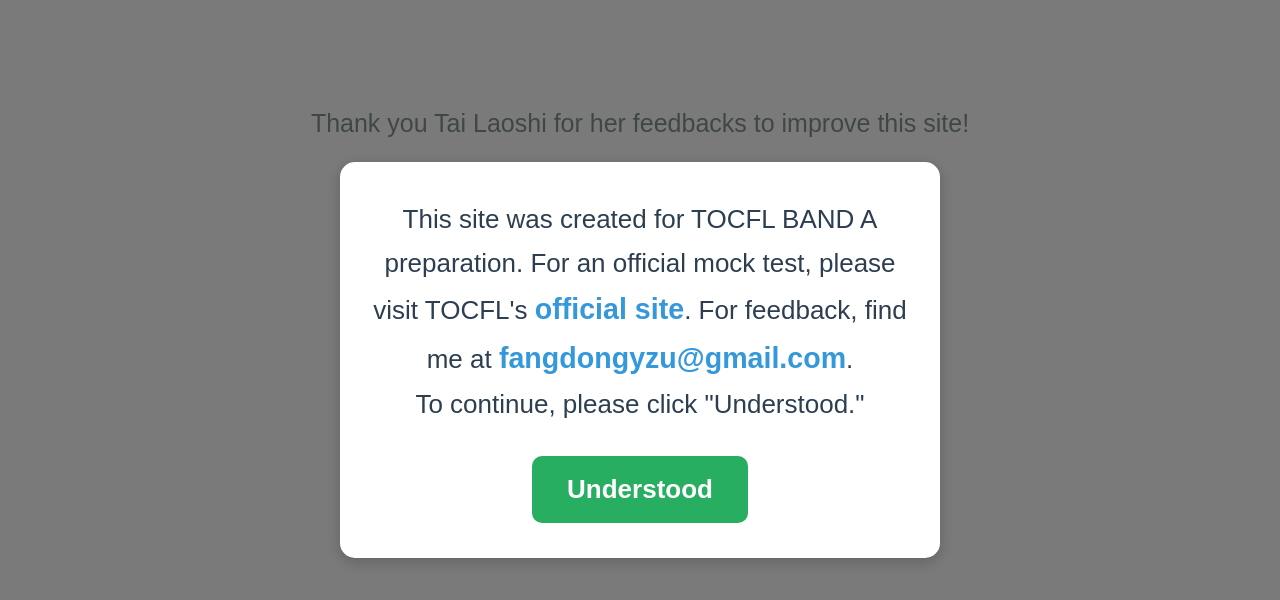
Repository: fangdongyzu/tocflmock
Page: index.html
These files come from the project's save history. The page is drawn as it stood at one moment and after the next save; the edit follows.
The browser window is 1280 px wide. The pictures show the whole page.

Above is the page before, as saved 2025-12-23 16:56:42.

### index.html
<!DOCTYPE html>
<html lang="en">
<head>
<meta charset="UTF-8">
<meta name="viewport" content="width=device-width, initial-scale=1.0">
<title>TOCFL MOCK BAND A PRACTICE</title>
<link rel="stylesheet" href="styles.css">
</head>
<body>

<div class="container">
    <!-- Modal -->
    <div id="modal">
        <div id="modalContent">
            <p>
                This site was created for TOCFL BAND A preparation. For an official mock test, please visit TOCFL's
                <a href="https://cbt.sc-top.org.tw/sctopj/" target="_blank">official site</a>. For feedback, find me at <a href="mailto:fangdongyzu@gmail.com">fangdongyzu@gmail.com</a>.<br>To continue, please click "Understood."
            </p>
            <button id="understoodBtn">Understood</button>
        </div>
    </div>

    <!-- Main Page -->
    <div id="mainPage">
        <header>
            <h1>TOCFL MOCK BAND A PRACTICE</h1>
            <p>Select a mock test to begin your practice</p>
        </header>

        <div class="mock-selection">
            <div class="mock" data-mock="5" data-reading="https://fangdongyzu.github.io/tocfl-mock5-reading/" data-listening="https://fangdongyzu.github.io/tocfl-mock5-listening/">
                <strong>MOCK 5</strong>
            </div>

            <div class="mock" data-mock="4" data-reading="https://fangdongyzu.github.io/tocfl-mock4-reading/" data-listening="https://fangdongyzu.github.io/tocfl-mock4-listening/">
                <strong>MOCK 4</strong>
            </div>

            <div class="mock" data-mock="3" data-reading="https://fangdongyzu.github.io/tocfl-mock3-reading/" data-listening="https://fangdongyzu.github.io/tocfl-mock3-listening/">
                <strong>MOCK 3</strong>
            </div>

            <div class="mock" data-mock="2" data-reading="https://fangdongyzu.github.io/tocfl-mock2-reading/" data-listening="https://fangdongyzu.github.io/tocfl-mock2-listening/">
                <strong>MOCK 2</strong>
            </div>

            <div class="mock" data-mock="1" data-reading="https://fangdongyzu.github.io/tocfl-mock1-reading/" data-listening="https://fangdongyzu.github.io/tocfl-mock1-listening/">
                <strong>MOCK 1</strong>
            </div>
        </div>
    </div>

    <!-- Choice Popup -->
    <div id="choicePopup">
        <p id="popupTitle"></p>
        <div class="buttons">
            <a id="readingBtn" target="_self"><button>Reading</button></a>
            <a id="listeningBtn" target="_self"><button>Listening</button></a>
        </div>
        <button id="closePopup">Exit</button>
    </div>
</div>

<script>
document.addEventListener('DOMContentLoaded', () => {
    const modal = document.getElementById('modal');
    const understoodBtn = document.getElementById('understoodBtn');
    const mainPage = document.getElementById('mainPage');
    const choicePopup = document.getElementById('choicePopup');
    const popupTitle = document.getElementById('popupTitle');
    const readingBtn = document.getElementById('readingBtn');
    const listeningBtn = document.getElementById('listeningBtn');
    const closePopup = document.getElementById('closePopup');

    // Show modal only once per session
    if (sessionStorage.getItem('tocflModalShown') === 'true') {
        modal.style.display = 'none';
        mainPage.style.display = 'block';
    } else {
        modal.style.display = 'flex';
        mainPage.style.display = 'none';
    }

    // Modal button
    understoodBtn.addEventListener('click', () => {
        modal.style.display = 'none';
        mainPage.style.display = 'block';
        sessionStorage.setItem('tocflModalShown', 'true');
    });

    // MOCK click to open popup
    document.querySelectorAll('.mock').forEach(mock => {
        mock.addEventListener('click', () => {
            const mockNumber = mock.dataset.mock;
            const readingLink = mock.dataset.reading;
            const listeningLink = mock.dataset.listening;

            popupTitle.textContent = `MOCK ${mockNumber}`;

            if (readingLink) {
                readingBtn.href = readingLink;
                readingBtn.style.display = 'inline-block';
            } else {
                readingBtn.style.display = 'none';
            }

            if (listeningLink) {
                listeningBtn.href = listeningLink;
                listeningBtn.style.display = 'inline-block';
            } else {
                listeningBtn.style.display = 'none';
            }

            choicePopup.style.display = 'flex';
        });
    });

    // Close popup
    closePopup.addEventListener('click', () => {
        choicePopup.style.display = 'none';
    });
});
</script>

</body>
<footer>
    <p>Thank you Tai Laoshi for her feedbacks to improve this site!</p>
</footer>
</html>

### styles.css
* {
    margin: 0;
    padding: 0;
    box-sizing: border-box;
}

body {
    font-family: 'Microsoft JhengHei', '微軟正黑體', Arial, sans-serif;
    line-height: 1.6;
    color: #333;
    background-color: #f5f5f5;
    font-size: 20px; /* Increased base font size */
    min-height: 100vh;
}

.container {
    max-width: 850px;
    margin: 0 auto;
    padding: 20px;
}

/* Modal */
#modal {
    position: fixed;
    top: 0;
    left: 0;
    width: 100%;
    height: 100%;
    background: rgba(0, 0, 0, 0.5);
    display: flex;
    justify-content: center;
    align-items: center;
    z-index: 1000;
    padding: 15px;
}

#modalContent {
    background: white;
    padding: 35px 30px; /* Increased padding */
    border-radius: 15px; /* Larger border radius */
    box-shadow: 0 4px 15px rgba(0,0,0,0.2); /* Enhanced shadow */
    max-width: 600px; /* Slightly wider */
    width: 100%;
    text-align: center;
    line-height: 1.7; /* Improved line height */
}

#modalContent p {
    margin-bottom: 30px;
    color: #2c3e50;
    font-size: 1.3em; /* Larger modal text */
    font-weight: 500; /* Slightly bolder */
}

#modalContent a {
    color: #3498db;
    text-decoration: none;
    font-weight: bold;
    font-size: 1.1em; /* Larger link text */
}

#modalContent a:hover {
    text-decoration: underline;
}

#modalContent button {
    padding: 18px 35px; /* Larger button */
    background: #27ae60;
    color: white;
    border: none;
    border-radius: 10px; /* Larger border radius */
    cursor: pointer;
    font-size: 1.3em; /* Larger button text */
    font-weight: bold;
    transition: background 0.3s;
    min-width: 180px; /* Wider button */
    min-height: 60px; /* Taller button */
}

#modalContent button:hover {
    background: #229954;
    transform: translateY(-2px); /* Added hover effect */
    box-shadow: 0 4px 8px rgba(0,0,0,0.2);
}

/* Main Page */
#mainPage {
    display: none;
    text-align: center;
    padding: 20px;
}

header {
    text-align: center;
    margin-bottom: 35px; /* Increased spacing */
    background: white;
    padding: 30px 25px; /* Increased padding */
    border-radius: 15px; /* Larger border radius */
    box-shadow: 0 4px 15px rgba(0,0,0,0.1); /* Enhanced shadow */
}

header h1 {
    color: #2c3e50;
    margin-bottom: 20px; /* Increased spacing */
    font-size: 2.5em; /* Larger heading */
    font-weight: 700; /* Bolder */
    line-height: 1.3; /* Better line height */
}

header p {
    color: #7f8c8d;
    font-size: 1.4em; /* Larger subtitle */
    font-weight: 500;
}

/* Mock Selection Styling */
.mock-selection {
    background: white;
    padding: 35px 30px; /* Increased padding */
    border-radius: 15px; /* Larger border radius */
    box-shadow: 0 4px 15px rgba(0,0,0,0.1); /* Enhanced shadow */
    margin-bottom: 25px; /* Increased spacing */
}

.mock {
    margin: 25px 0; /* Increased spacing */
    padding: 25px 20px; /* Increased padding */
    background: #f8f9fa;
    border: 3px solid #e9ecef; /* Thicker border */
    border-radius: 12px; /* Larger border radius */
    cursor: pointer;
    transition: all 0.3s;
    font-size: 1.4em; /* Larger text */
    min-height: 85px; /* Taller items */
    display: flex;
    align-items: center;
    justify-content: center;
    text-align: center;
}

.mock:hover {
    background: #e9ecef;
    border-color: #3498db;
    transform: translateY(-3px); /* Enhanced hover effect */
    box-shadow: 0 6px 12px rgba(0,0,0,0.15);
}

.mock strong {
    color: #2c3e50;
    font-size: 1.6em; /* Larger mock text */
    font-weight: 600;
    line-height: 1.4;
}

/* Choice Popup */
#choicePopup {
    position: fixed;
    top: 50%;
    left: 50%;
    transform: translate(-50%, -50%);
    background: white;
    padding: 35px 30px; /* Increased padding */
    border-radius: 15px; /* Larger border radius */
    box-shadow: 0 4px 20px rgba(0,0,0,0.2); /* Enhanced shadow */
    display: none;
    flex-direction: column;
    align-items: center;
    z-index: 2000;
    max-width: 550px; /* Slightly wider */
    width: 95%; /* More responsive width */
}

#popupTitle {
    font-size: 2em; /* Larger title */
    color: #2c3e50;
    margin-bottom: 30px; /* Increased spacing */
    text-align: center;
    font-weight: 700;
    line-height: 1.3;
}

#choicePopup .buttons {
    display: flex;
    gap: 25px; /* Increased gap */
    margin-bottom: 30px; /* Increased spacing */
    width: 100%;
    justify-content: center;
    flex-wrap: wrap; /* Allow wrapping on small screens */
}

#choicePopup .buttons a {
    text-decoration: none;
    flex: 1;
    min-width: 160px; /* Minimum width for buttons */
    max-width: 200px; /* Maximum width */
}

#choicePopup .buttons button {
    width: 100%;
    padding: 20px 25px; /* Larger padding */
    background: #3498db;
    color: white;
    border: none;
    border-radius: 12px; /* Larger border radius */
    cursor: pointer;
    font-size: 1.3em; /* Larger text */
    font-weight: bold;
    transition: all 0.3s;
    min-height: 70px; /* Taller buttons */
    line-height: 1.4;
}

#choicePopup .buttons button:hover {
    background: #2980b9;
    transform: translateY(-2px);
    box-shadow: 0 4px 8px rgba(0,0,0,0.2);
}

#choicePopup #closePopup {
    padding: 18px 30px; /* Larger padding */
    background: #e74c3c;
    color: white;
    border: none;
    border-radius: 12px; /* Larger border radius */
    cursor: pointer;
    font-size: 1.2em; /* Larger text */
    font-weight: bold;
    transition: all 0.3s;
    min-width: 140px; /* Wider button */
    min-height: 60px; /* Taller button */
    margin-top: 10px;
}

#choicePopup #closePopup:hover {
    background: #c0392b;
    transform: translateY(-2px);
    box-shadow: 0 4px 8px rgba(0,0,0,0.2);
}

/* Enhanced Responsive Design for Mobile */
@media (max-width: 768px) {
    body {
        font-size: 18px; /* Larger base font size for tablets */
    }

    .container {
        padding: 15px;
        max-width: 100%;
    }

    #modal {
        padding: 10px;
    }

    #modalContent {
        padding: 30px 25px;
        margin: 10px;
    }

    #modalContent p {
        font-size: 1.2em; /* Adjusted for mobile */
        line-height: 1.6;
    }

    #modalContent button {
        padding: 16px 30px;
        font-size: 1.2em;
        min-width: 160px;
        min-height: 55px;
    }

    header {
        padding: 25px 20px;
        margin-bottom: 25px;
        border-radius: 12px;
    }

    header h1 {
        font-size: 2em; /* Adjusted for mobile */
        margin-bottom: 15px;
        line-height: 1.3;
    }

    header p {
        font-size: 1.2em;
    }

    .mock-selection {
        padding: 25px 20px;
        border-radius: 12px;
    }

    .mock {
        padding: 22px 18px;
        font-size: 1.2em;
        min-height: 75px;
        margin: 20px 0;
        border-radius: 10px;
        border-width: 2px;
    }

    .mock strong {
        font-size: 1.4em;
    }

    #choicePopup {
        padding: 30px 25px;
        border-radius: 12px;
        width: 90%;
    }

    #popupTitle {
        font-size: 1.7em;
        margin-bottom: 25px;
    }

    #choicePopup .buttons {
        flex-direction: column;
        gap: 20px;
        width: 100%;
    }

    #choicePopup .buttons a {
        min-width: 100%;
        max-width: 100%;
    }

    #choicePopup .buttons button {
        min-height: 65px;
        font-size: 1.2em;
        padding: 18px 20px;
    }

    #choicePopup #closePopup {
        min-width: 100%;
        font-size: 1.1em;
        padding: 16px 25px;
        min-height: 55px;
    }
}

@media (max-width: 480px) {
    body {
        font-size: 16px; /* Base size for small mobile */
    }

    .container {
        padding: 10px;
    }

    header {
        padding: 20px 15px;
        border-radius: 10px;
    }

    header h1 {
        font-size: 1.8em; /* Larger for small screens */
        line-height: 1.3;
    }

    header p {
        font-size: 1.1em;
    }

    .mock-selection {
        padding: 20px 15px;
        border-radius: 10px;
    }

    .mock {
        padding: 20px 15px;
        min-height: 70px;
        margin: 18px 0;
        border-radius: 8px;
        font-size: 1.1em;
    }

    .mock strong {
        font-size: 1.3em;
        line-height: 1.4;
    }

    #modalContent {
        padding: 25px 20px;
    }

    #modalContent p {
        font-size: 1.1em;
    }

    #modalContent button {
        padding: 15px 25px;
        font-size: 1.1em;
        min-width: 140px;
        min-height: 50px;
    }

    #choicePopup {
        padding: 25px 20px;
        border-radius: 10px;
    }

    #popupTitle {
        font-size: 1.5em;
        margin-bottom: 20px;
    }

    #choicePopup .buttons button {
        min-height: 60px;
        font-size: 1.1em;
        padding: 16px 18px;
    }

    #choicePopup #closePopup {
        padding: 15px 20px;
        min-height: 50px;
        font-size: 1.1em;
    }
}

/* Extra small devices (phones under 360px) */
@media (max-width: 360px) {
    body {
        font-size: 15px;
    }

    header h1 {
        font-size: 1.6em;
    }

    .mock strong {
        font-size: 1.2em;
    }

    #modalContent p {
        font-size: 1em;
    }

    #popupTitle {
        font-size: 1.3em;
    }
}

/* Accessibility: Ensure good contrast and touch targets */
@media (max-width: 768px) {
    .mock,
    #modalContent button,
    #choicePopup .buttons button,
    #choicePopup #closePopup {
        min-height: 44px; /* Minimum touch target size */
    }

    /* Increase tap targets for mobile */
    .mock {
        padding: 20px 15px;
    }
}

/* Prevent text size adjustment on orientation change */
html {
    -webkit-text-size-adjust: 100%;
    text-size-adjust: 100%;
}

/* Footer Styling */
footer {
    text-align: center;
    margin-top: 40px;      /* Creates space between content and footer */
    margin-bottom: 20px;
    padding: 25px 20px;

}

footer p {
    color: #7f8c8d;        /* Matches your header subtitle color */
    font-size: 1.25em;      /* Slightly smaller than main text for hierarchy */
    font-weight: 500;
    line-height: 1.5;
}

After the next save:
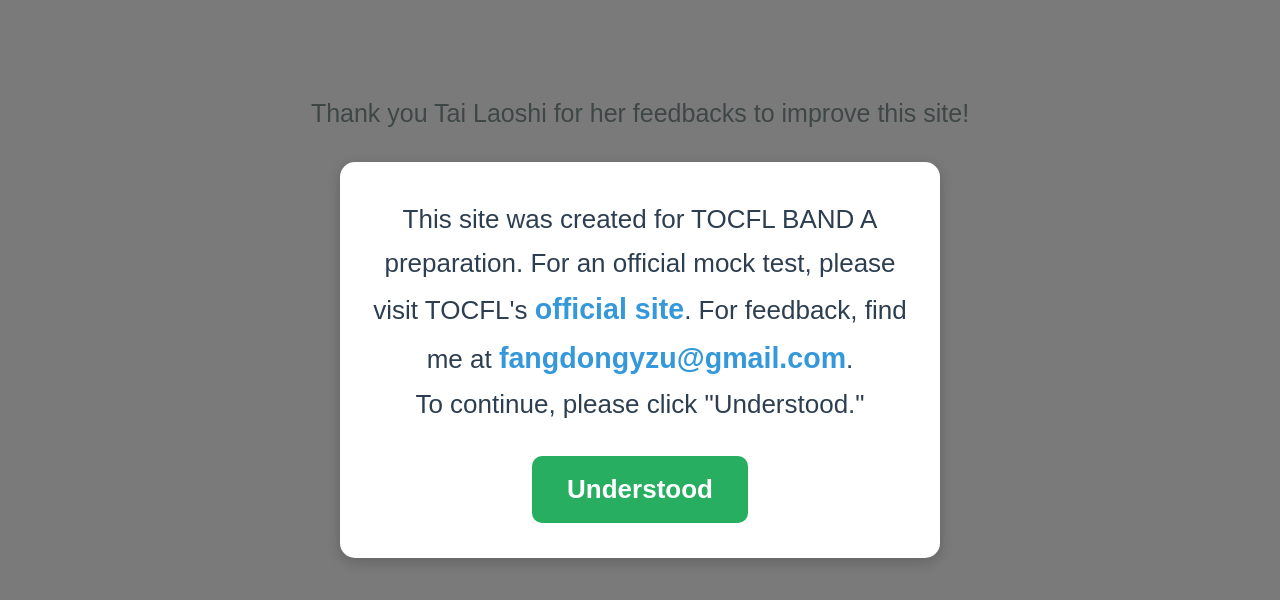
Saved 5 s later.
--- a/styles.css
+++ b/styles.css
@@ -465,7 +465,7 @@
 /* Footer Styling */
 footer {
     text-align: center;
-    margin-top: 40px;      /* Creates space between content and footer */
+    margin-top: 30px;      /* Creates space between content and footer */
     margin-bottom: 20px;
     padding: 25px 20px;
 
